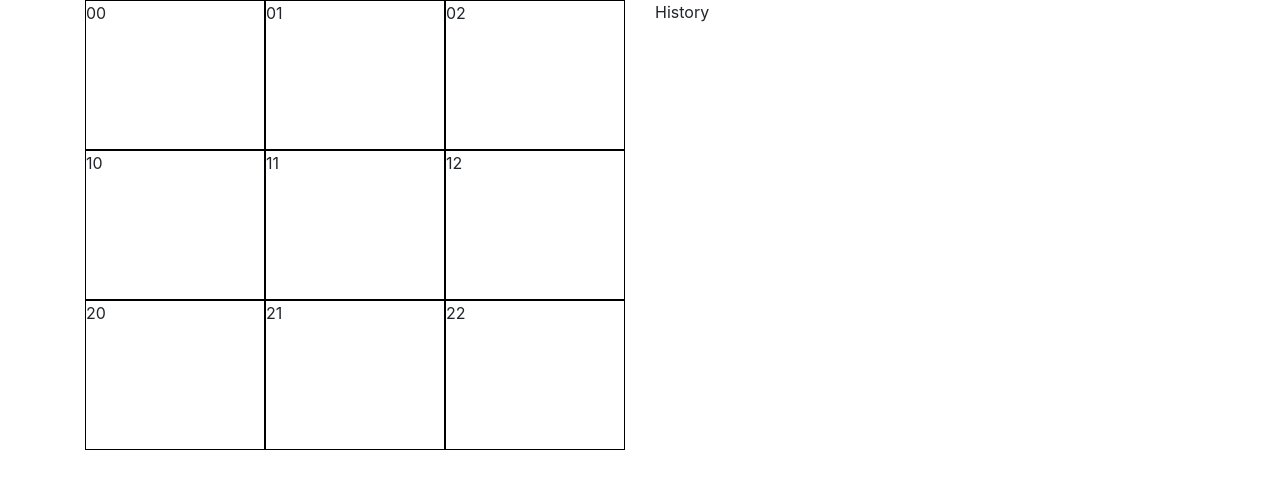
Repository: tts2610/Tic-Tac_Toe
Page: /
These files come from the project's save history. The page is drawn as it stood at one moment and after the next save; the edit follows.
The browser window is 1280 px wide. The pictures show the whole page.
The project was rebuilt for these pictures with package versions that can differ from the ones it lists, and the page was loaded fresh each time.

Above is the page before, as saved 2020-06-02 12:45:57.

After the next save:
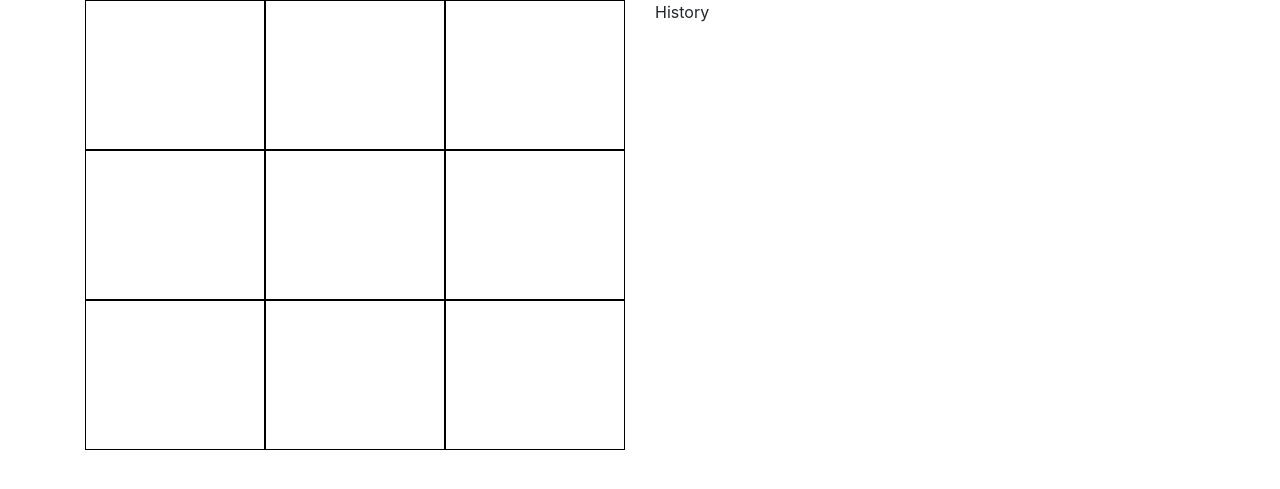
Saved 86 s later.
--- a/src/components/Board.js
+++ b/src/components/Board.js
@@ -15,7 +15,7 @@ export default class Board extends Component {
         rowSquare.push(
           <Col sm={4} style={mySetting.styles.col} key={element.id}>
             <Square
-              value={element.id}
+              value={element.value}
               onClick={() => this.onClickSquareHandle(element.id)}
             />
           </Col>
